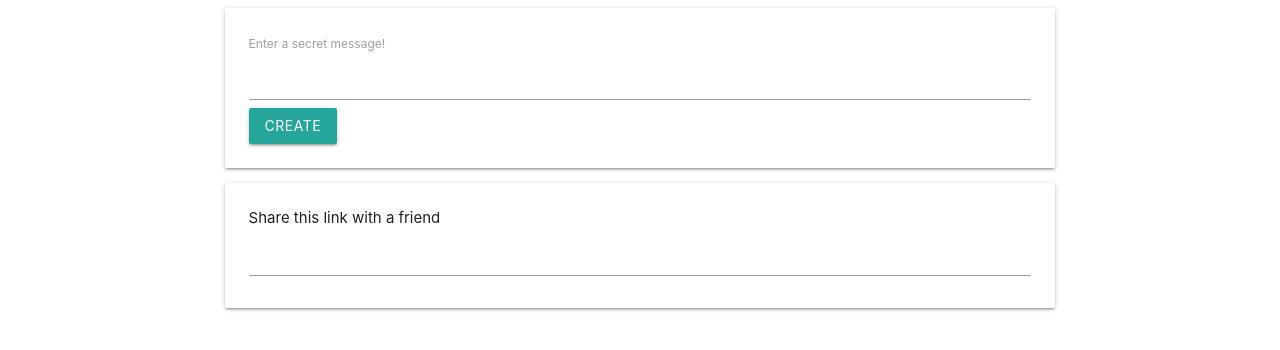
Repository: Sbethm/secret-message-sharing-app
Page: index.html
These files come from the project's save history. The page is drawn as it stood at one moment and after the next save; the edit follows.
The browser window is 1280 px wide. The pictures show the whole page.

Above is the page before, as saved 2021-10-13 15:09:25.

After the next save:
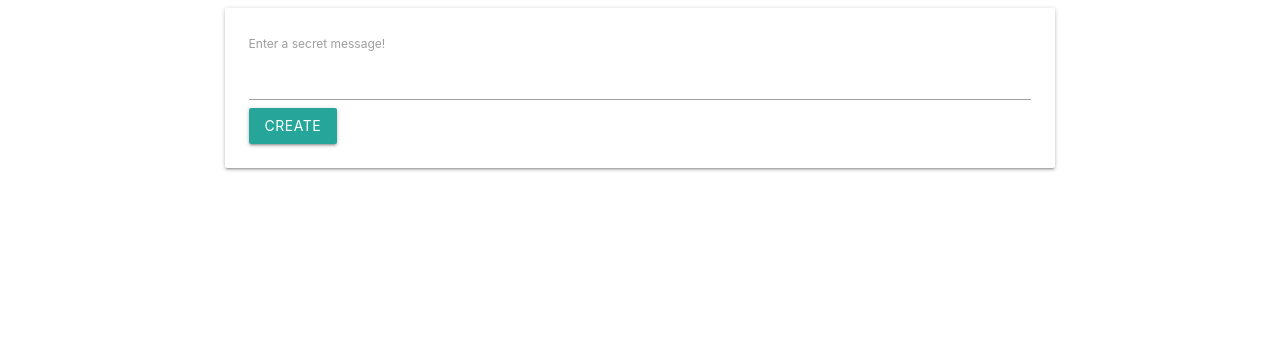
Saved 4 s later.
--- a/index.html
+++ b/index.html
@@ -17,7 +17,7 @@
                     <button class="btn">Create</button>
                 </form>
             </div>
-            <div class="card-panel ">
+            <div class="card-panel hide">
                 Share this link with a friend
                 <input id="link-input" type="text" />
             </div>
